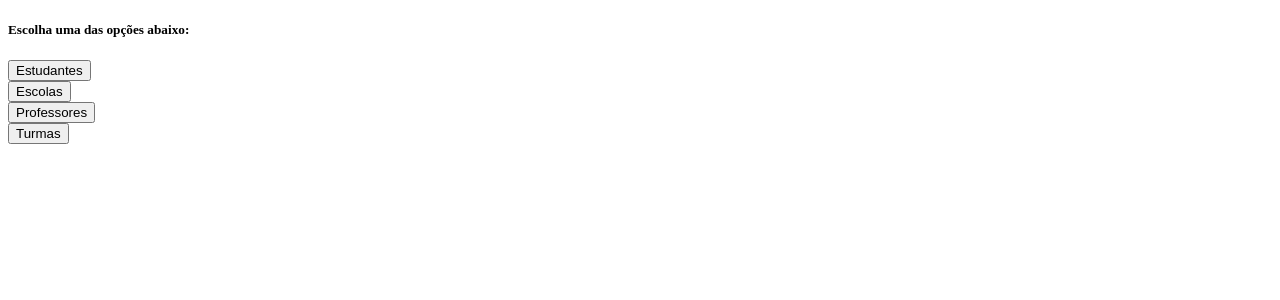
Repository: ipti/br.tag.webservice
Page: http://localhost/Restful-API-TAG/
The author's editor kept a copy of each file at every save. The page is drawn from the files as they stood at one save, then again after the next save.
The browser window is 1280 px wide. The pictures show the whole page.
The page is served by Tomcat 9.

Above is the page before, as saved 2016-04-27 12:53:20.

After the next save:
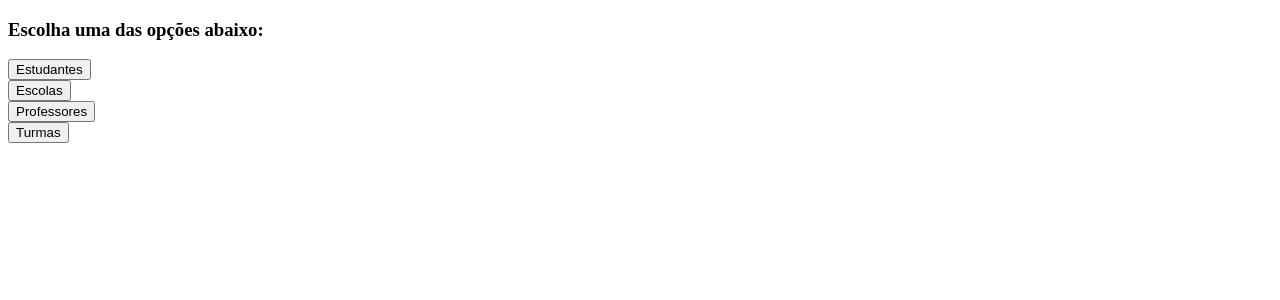
Saved 7 s later.
--- a/Restful-API-TAG/WebContent/index.jsp
+++ b/Restful-API-TAG/WebContent/index.jsp
@@ -9,7 +9,7 @@
 <body>
 
 	<div>
-		<h5>Escolha uma das opções abaixo:</h5>
+		<h3>Escolha uma das opções abaixo:</h3>
 
 		<div >
 			<input type="submit" id="students" value="Estudantes" />
